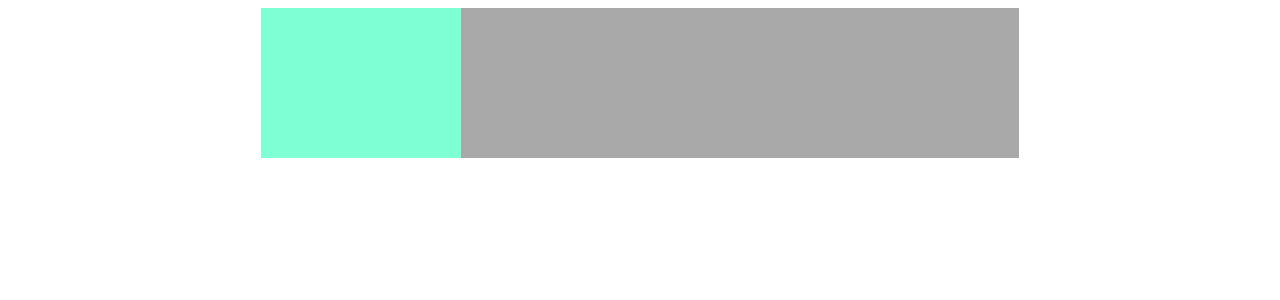
Repository: liutian97/learn1
Page: 移动端web开发/代码/2. Flex 伸缩布局/09-flex子项flex份数.html
These files come from the project's save history. The page is drawn as it stood at one moment and after a run of saves; the edit follows.
The browser window is 1280 px wide. The pictures show the whole page.

Above is the page before, as saved 2022-07-02 17:51:44.

After the next 3 saves:
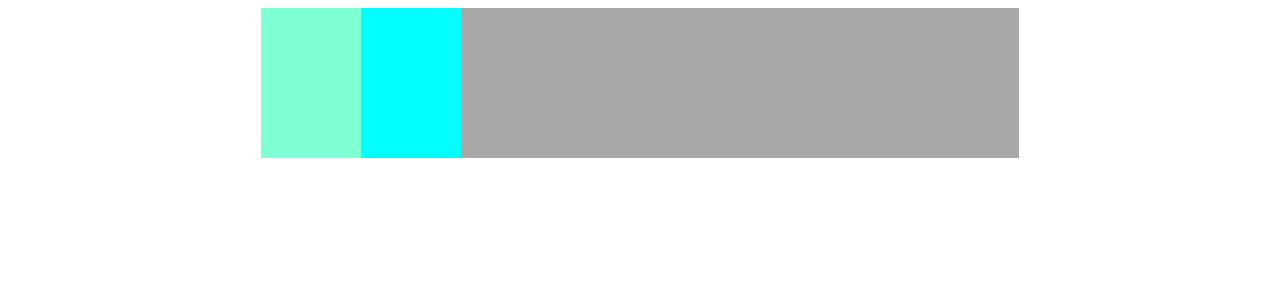
The 3 saves are shown as one change because they came seconds apart.
The last was saved 11 s later.
--- a/移动端web开发/代码/2. Flex 伸缩布局/09-flex子项flex份数.html
+++ b/移动端web开发/代码/2. Flex 伸缩布局/09-flex子项flex份数.html
@@ -14,15 +14,17 @@
       background-color: darkgrey;
       margin: 0 auto;
     }
+
     section div:nth-child(1) {
       width: 100px;
       height: 150px;
       background-color: aquamarine;
     }
+
     section div:nth-child(3) {
       width: 100px;
       height: 150px;
-      background-color: aquamarine;
+      background-color: aqua;
     }
   </style>
 </head>
